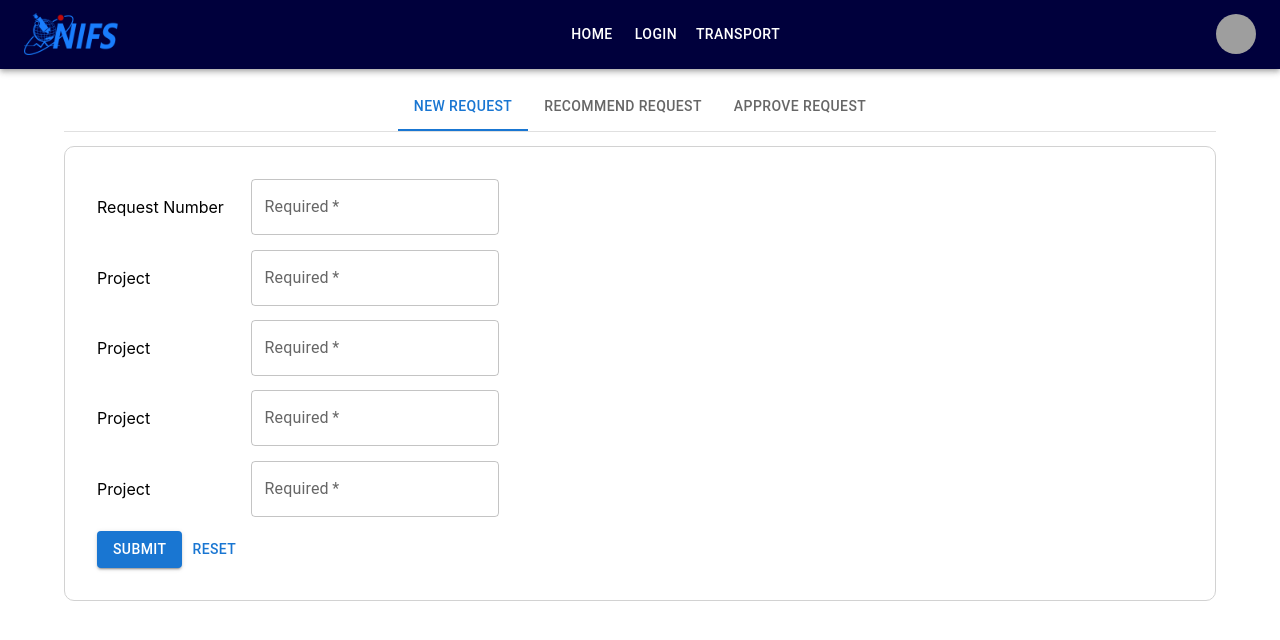
Repository: Ravindu97/NIFS_WebApplication
Page: /transport (app in client/)
An editor plug-in stored every save of this project. The page is shown before and after the next save, followed by the edit.
The browser window is 1280 px wide. The pictures show the whole page.
Pictures or frames that could not be fetched are drawn as grey boxes. The project was rebuilt for these pictures with package versions that can differ from the ones it lists, and the page was loaded fresh each time. Also part of the build but not shown: client/src/pages/Home.js, client/src/pages/Login.js, client/src/components/Transport/RecommendedRequest.js, client/src/components/Transport/ApproveRequest.js.

Above is the page before, as saved 2022-06-30 23:02:15.

After the next save:
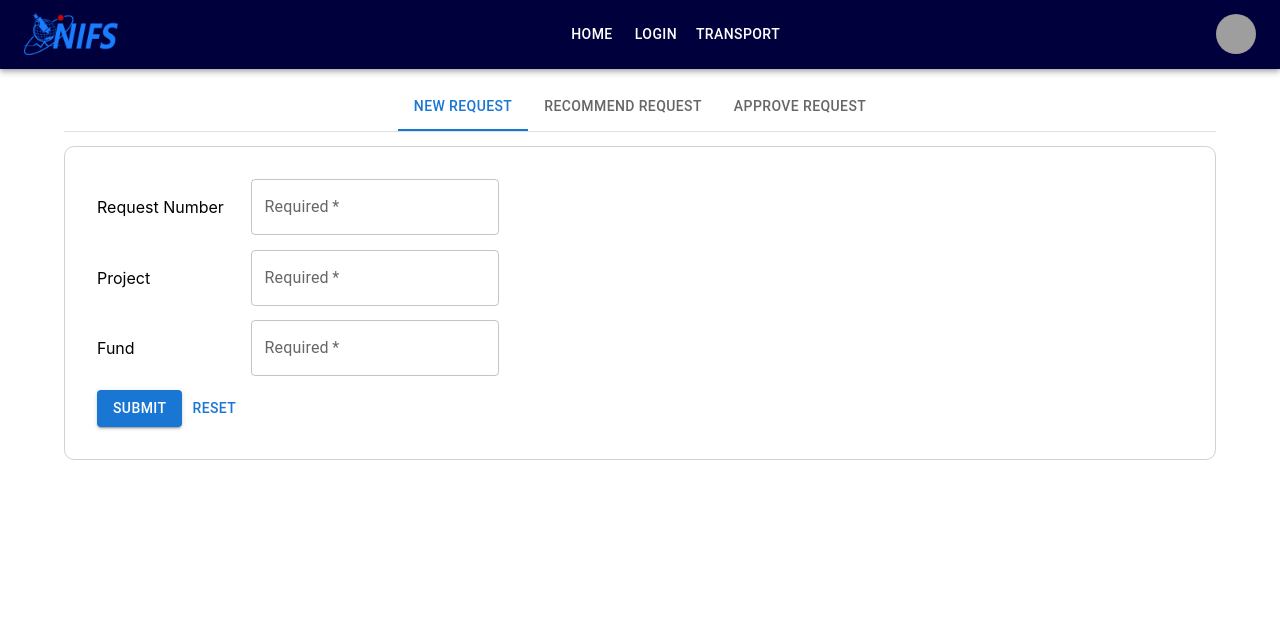
Saved 21 s later.
--- a/client/src/components/Transport/NewRequest.js
+++ b/client/src/components/Transport/NewRequest.js
@@ -58,39 +58,15 @@ function NewRequest() {
 					/>
 				</div>
 				<div className="input-fields">
-					<label>Project</label>
+					<label>Fund</label>
 					<TextField
 						required
 						type="text"
-						name="project"
+						name="fund"
 						id="outlined-basic"
 						label="Required"
 						variant="outlined"
-						{...register('project', { required: true })}
-					/>
-				</div>
-				<div className="input-fields">
-					<label>Project</label>
-					<TextField
-						required
-						type="text"
-						name="project"
-						id="outlined-basic"
-						label="Required"
-						variant="outlined"
-						{...register('project', { required: true })}
-					/>
-				</div>
-				<div className="input-fields">
-					<label>Project</label>
-					<TextField
-						required
-						type="text"
-						name="project"
-						id="outlined-basic"
-						label="Required"
-						variant="outlined"
-						{...register('project', { required: true })}
+						{...register('fund', { required: true })}
 					/>
 				</div>
 				<Button type="submit" variant="contained">
